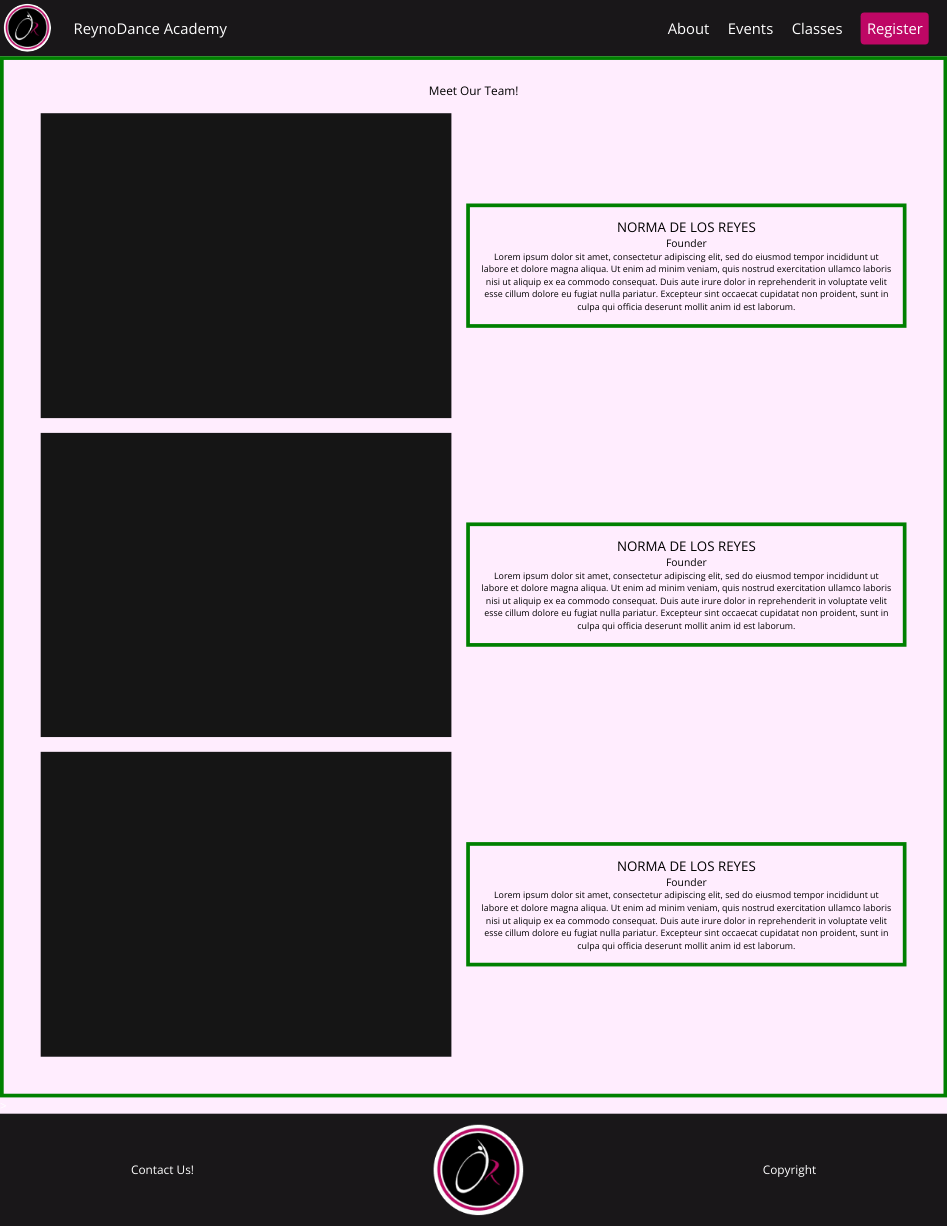
Repository: andreaelpz/reynodance-academy
Page: /about
The author's editor kept a copy of each file at every save. The page is drawn from the files as they stood at one save, then again after the next save.
The browser window is 1280 px wide. The pictures show the whole page, at 74% of full size.
The project was rebuilt for these pictures with package versions that can differ from the ones it lists, and the page was loaded fresh each time. Also part of the build but not shown: angular.json, src/app/classes/classes.component.ts, src/app/events/events.component.ts, src/app/sign-in/sign-in.component.ts, src/app/dashboard/dashboard.component.ts, src/app/home/home.component.ts, src/app/user/register/register.component.ts, src/app/login/login.component.ts.

Above is the page before, as saved 2024-11-18 21:06:30.

After the next save:
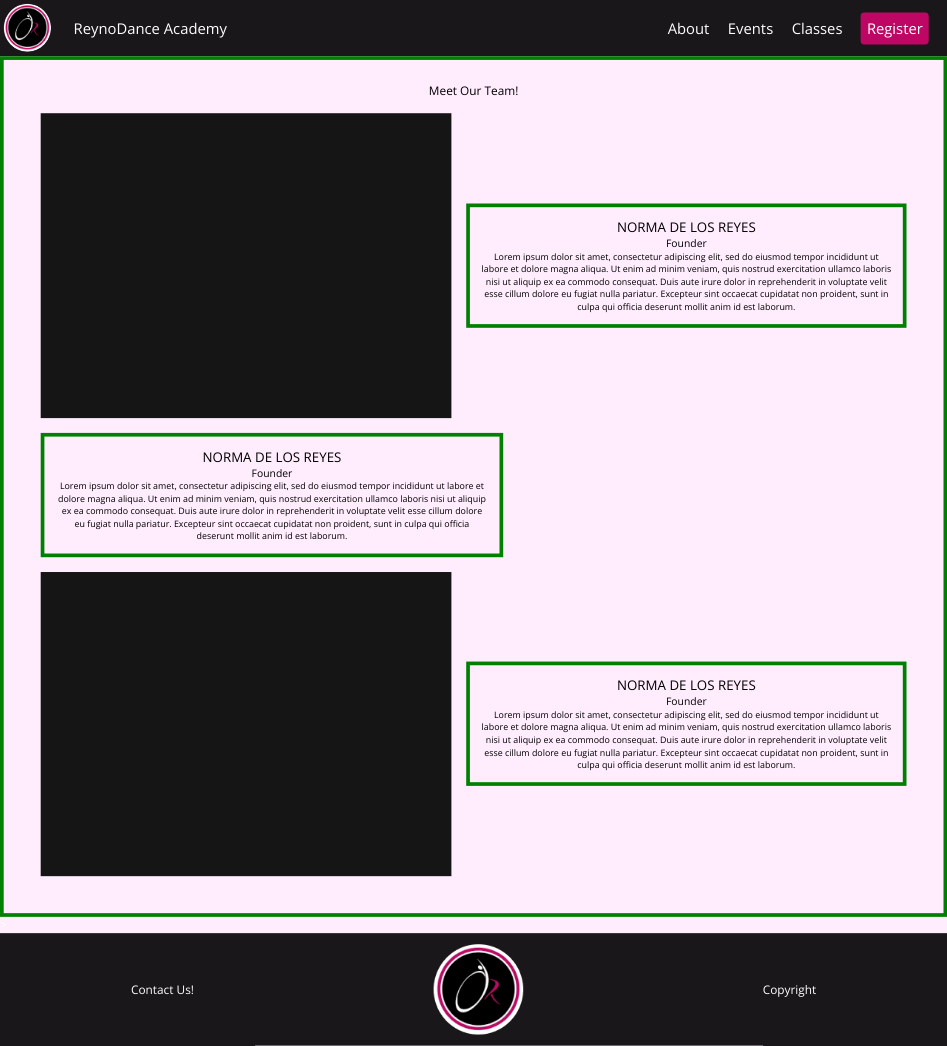
Saved 11 s later.
--- a/src/app/about/about.component.html
+++ b/src/app/about/about.component.html
@@ -9,7 +9,6 @@
     </div>
 
     <div class = "norma">
-        <img class = "normaPhoto" src="/assets/images/norma.png">
         <div class = "normaTitle">NORMA DE LOS REYES
             <div class = "normaPos">Founder</div>
             <div class = "normaInfo">Lorem ipsum dolor sit amet, consectetur adipiscing elit, sed do eiusmod tempor incididunt ut labore et dolore magna aliqua. Ut enim ad minim veniam, quis nostrud exercitation ullamco laboris nisi ut aliquip ex ea commodo consequat. Duis aute irure dolor in reprehenderit in voluptate velit esse cillum dolore eu fugiat nulla pariatur. Excepteur sint occaecat cupidatat non proident, sunt in culpa qui officia deserunt mollit anim id est laborum.</div>
